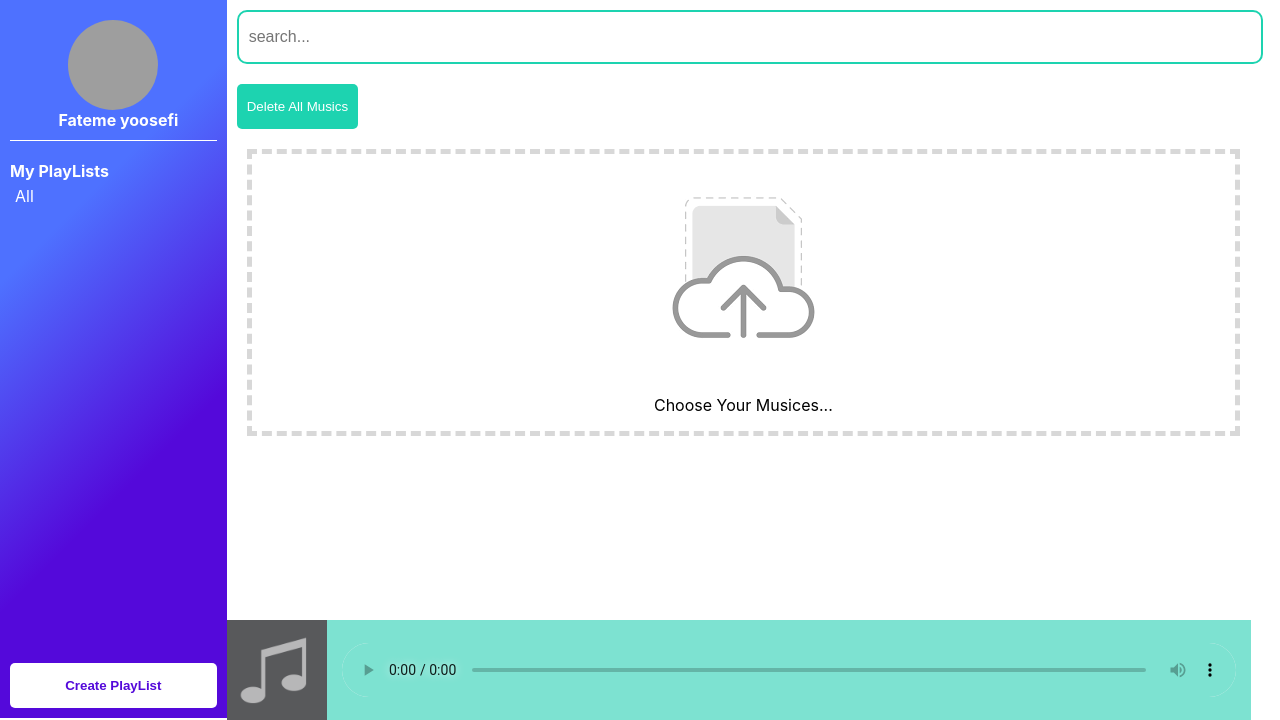
Repository: fateme81yosefi/musicPlayer
Page: /
These files come from the project's save history. The page is drawn as it stood at one moment and after a run of saves; the edit follows.
The browser window is 1280 px wide. The pictures show the whole page.
Pictures or frames that could not be fetched are drawn as grey boxes. The project was rebuilt for these pictures with package versions that can differ from the ones it lists, and the page was loaded fresh each time.

Above is the page before, as saved 2025-06-28 13:51:07.

### src/App.js
import React from 'react';
import FileUploader from './Data/FileUploader/FileUploader';
import MainPage from './Components/MainPage/MainPage';


const App = () => {



  return (
    <div>
      <MainPage />
    </div>
  );
}

export default App;

### src/Data/FileUploader/FileUploader.js
import React, { useState, useEffect } from 'react';
import { useDropzone } from 'react-dropzone';
import { openDB } from 'idb';
import "./FileUploader.css";

const DB_NAME = 'AudioFilesDB';
const DB_VERSION = 1;
const STORE_NAME = 'audioFiles';

const initDB = async () => {
    const db = await openDB(DB_NAME, DB_VERSION, {
        upgrade(db) {
            if (!db.objectStoreNames.contains(STORE_NAME)) {
                const store = db.createObjectStore(STORE_NAME, { keyPath: 'name' });
                store.createIndex('category', 'category');
                store.createIndex('isFav', 'isFav');
            }
        }
    });
    return db;
};

const getStoredFiles = async (db) => {
    const tx = db.transaction(STORE_NAME, 'readonly');
    const store = tx.objectStore(STORE_NAME);
    return await store.getAll();
};

const storeFile = async (db, file) => {
    const tx = db.transaction(STORE_NAME, 'readwrite');
    const store = tx.objectStore(STORE_NAME);
    await store.put(file);
    await tx.done;
};


const FileUploader = ({ handlePlay, query, selectedCategory }) => {
    const [audioFiles, setAudioFiles] = useState([]);
    const [categories, setCategories] = useState([]);
    const [currentCategory, setCurrentCategory] = useState('All');


    const deleteAllFiles = async () => {
        const db = await initDB();
        const tx = db.transaction(STORE_NAME, 'readwrite');
        const store = tx.objectStore(STORE_NAME);
        await store.clear();
        await tx.done;
        window.location.reload()
    };

    useEffect(() => {
        const storedCategories = JSON.parse(localStorage.getItem('categories'));
        if (storedCategories) {
            setCategories(storedCategories);
        }
    }, []);


    useEffect(() => {
        setCurrentCategory(selectedCategory)
    }, [selectedCategory])


    useEffect(() => {
        if (query !== "") {
            setAudioFiles(audioFiles.filter((item) => item.name.toLowerCase().includes(query.toLowerCase())));
        } else {
            const fetchStoredFiles = async () => {
                const db = await initDB();
                const storedFiles = await getStoredFiles(db);
                setAudioFiles(storedFiles.map(file => ({
                    ...file,
                    data: URL.createObjectURL(new Blob([file.data], { type: file.type }))
                })));
            };

            fetchStoredFiles();
        }
    }, [query]);

    useEffect(() => {
        const fetchStoredFiles = async () => {
            const db = await initDB();
            const storedFiles = await getStoredFiles(db);
            setAudioFiles(storedFiles.map(file => ({
                ...file,
                data: URL.createObjectURL(new Blob([file.data], { type: file.type }))
            })));
        };

        fetchStoredFiles();
    }, []);

    const onDrop = async (acceptedFiles) => {
        const mp3Files = acceptedFiles.filter((file) => file.name.endsWith('.mp3'));

        const db = await initDB();

        for (const file of mp3Files) {
            const fileData = await file.arrayBuffer();
            await storeFile(db, { name: file.name, type: file.type, data: fileData, category: '' });
        }

        const storedFiles = await getStoredFiles(db);
        setAudioFiles(storedFiles.map(file => ({
            ...file,
            data: URL.createObjectURL(new Blob([file.data], { type: file.type }))
        })));
    };

    const handleCategoryChange = async (file, category) => {
        const updatedFile = { ...file, category };

        const db = await initDB();
        await storeFile(db, updatedFile);

        const storedFiles = await getStoredFiles(db);
        setAudioFiles(storedFiles.map(f => ({
            ...f,
            data: URL.createObjectURL(new Blob([f.data], { type: f.type }))
        })));
    };

    const { getRootProps, getInputProps } = useDropzone({ onDrop });

    return (
        <div className='containSingle'>

            <button className='deleteAll' onClick={deleteAllFiles}>Delete All Musics</button>
            {audioFiles
                .filter(file => currentCategory === "All" || file.category === currentCategory)
                .map((file, index) => (
                    <div className='singleSelectedAudio' key={index}>
                        <div className='row'>
                            <div className='containDetails'>
                                <img className='cover' alt="cover" src='/song_cover.png' />
                                <span className='name'>{file.name}</span>
                            </div>
                            <div className='row'>
                                <select
                                    value={file.category}
                                    onChange={(e) => handleCategoryChange(file, e.target.value)}
                                >
                                    <option value="">Select Category</option>
                                    {categories.map((category, index) => (
                                        <option key={index} value={category}>{category}</option>
                                    ))}
                                </select>
                                <button className='btnPlay' onClick={() => handlePlay(file)}>
                                    <img className='play' alt='icon' src='/play-button.svg' />
                                </button>
                            </div>
                        </div>
                        <audio className='selectedAudio' src={file.data} key={index} controls />
                    </div>
                ))}


            <div {...getRootProps()}>
                <input {...getInputProps()} />
                <div className='chooseFile'>
                    <img alt='drag file' src='/images.png' />
                    <p> Choose Your Musices...</p>
                </div>
            </div>
        </div>
    );
};

export default FileUploader;

### src/Components/MainPage/MainPage.js
import React, { useState, useEffect } from 'react';
import Modal from 'react-modal';
import FileUploader from "../../Data/FileUploader/FileUploader";
import "./MainPage.css";

const MainPage = () => {
    const [category, setCategory] = useState('');
    const [categories, setCategories] = useState([]);
    const [currentMusic, setCurrentMusic] = useState({});
    const [showModal, setShowModal] = useState(false);
    const [searchQuery, setSearchQuery] = useState('');
    const [selectedCategory, setSelectedCategory] = useState('');


    useEffect(() => {
        const storedCategories = JSON.parse(localStorage.getItem('categories'));
        if (storedCategories) {
            setCategories(storedCategories);
        }
    }, []);

    const handleAddCategory = () => {
        if (category) {
            const updatedCategories = [...categories, category];
            setCategories(updatedCategories);
            setCategory('');
            localStorage.setItem('categories', JSON.stringify(updatedCategories));
            setShowModal(false)
        }
    };

    const handlePlay = (file) => {
        setCurrentMusic(file);
    };


    return (
        <div className="container">
            <Modal
                isOpen={showModal}
                contentLabel="Create Playlist"
                className="modalCategory"
            >
                <h2>Create Playlist</h2>
                <input
                    type="text"
                    value={category}
                    placeholder='Enter Your Playlist Name'
                    onChange={(e) => setCategory(e.target.value)}
                />
                <button onClick={handleAddCategory}>Confirm</button>
            </Modal>

            <div className="leftMenue">
                <div className="top">
                    <div className="imageProfile">
                        <img src="https://encrypted-tbn0.gstatic.com/images?q=tbn:ANd9GcRXJA32WU4rBpx7maglqeEtt3ot1tPIRWptxA&s" alt="Profile" />
                        <div className="name">Fateme yoosefi</div>
                    </div>
                    <div className="categories">
                        <div className='playlist'>My PlayLists</div>
                        <div className='category' onClick={() => { setSelectedCategory('') }}>All</div>
                        {
                            categories.map((item, index) => <div key={index} className='category' onClick={() => { setSelectedCategory(item) }}>{item}</div>)
                        }
                    </div>
                </div>
                <button className='create' onClick={() => setShowModal(true)}>Create PlayList</button>
            </div>
            <div className="rightPage">
                <input className='inputSearch' placeholder="search..." onChange={(e) => setSearchQuery(e.target.value)}
                />
                <FileUploader handlePlay={handlePlay} query={searchQuery} selectedCategory={selectedCategory} />
                <div className="currentlyPlay">
                    <img src="/song_cover.png" alt="کاور آهنگ" />
                    <div className="containName">
                        <span className="musicName">{currentMusic.name}</span>
                        <audio id="player" src={currentMusic.data} controls ></audio>
                    </div>
                </div>
                <div>
                </div>
            </div>
        </div>
    )
};

export default MainPage;

### src/Data/FileUploader/FileUploader.css
.chooseFile{
    border: 5px dashed rgb(216, 216, 216);
    display: flex;
    flex-direction: column;
    align-items: center;
    justify-content: space-around;
    margin: 10px;
    margin-bottom: 100px;
}
.selectedAudio::-webkit-media-controls-panel{
    background-color: rgb(211, 211, 211);
    border: none;
}
.selectedAudio{
    border-radius: 0;
    background-color:  rgb(211, 211, 211);
    padding: 20px;
    width: 100% !important;
    display: none;
}
.singleSelectedAudio{
    background-color:  rgb(255, 255, 255);
    border-bottom: 1px solid rgb(238, 238, 238);
}
.row{
    display: flex;
    flex-direction: row;
    justify-content: space-between;
}

.cover{
   width: 40px;
   height: 40px;
}
.containDetails{
    display: flex;
    flex-direction: row;
    align-items: center;
    justify-content: center;
}

.containSingle{
    padding: 10px;
}
.name{
    margin-left: 10px;
}
.play{
    width: 30px;
    height:30px;
}
.btnPlay{
    background-color: transparent;
    border: none;
}

.deleteAll{
    background-color: #1dd3b0;
    margin-bottom: 10px;
    padding: 15px 10px;
    border-radius: 5px;
    border: none;
    color: #ffff;

}
select{
    background-color: #1dd3b0;
    padding: 10px;
    border: none;
    color: white;
}

### src/Components/MainPage/MainPage.css
.container {
  display: flex;
  flex-direction: row;
  background-color: #ffffff;
}
.leftMenue {
  background: linear-gradient(
    135deg,
    #4E71FF 0%,
    #4E71FF 30%,
    #5409DA 65%,
    #5409DA 100%
  );
  width: 20%;
  height: 97vh;
  display: flex;
  flex-direction: column;
  justify-content: space-between;
  padding: 10px;
}
.imageProfile {
  display: flex;
  flex-direction: column;
  align-items: center;
  border-bottom: 1px solid white;
  padding: 10px;
  color: #ffffff;
  font-weight: bold;
  justify-content: space-between;
}

.imageProfile img {
  border-radius: 100%;
  width: 90px;
  height: 90px;
}
.playlist {
  font-size: medium;
  color: #ffffff;
  font-weight: bold;
  margin-top: 20px;
}
.rightPage {
  width: 100%;
  height: 100vh;
  position: relative;
  padding: 0 20px 0 0;
  padding-left: 0;
}
.rightPage input {
  width: 97%;
  height: 40px;
  font-size: medium;
}
.currentlyPlay {
  display: flex;
  flex-direction: row;
  align-items: center;
  background-color: #7de2d1;
  height: 100px;
  bottom: 0;
  position: fixed;
  width: 80%;
}
.currentlyPlay img {
  width: 100px;
  height: 100px;
}
.containName {
  width: 100%;
  padding: 15px;
}
.musicName {
  font-weight: bold;
}
audio {
  width: 100%;
  display: flex;
  flex-direction: column;
  border: none;
}

audio::-webkit-media-controls-panel {
  background-color: #7de2d1;
  border: none;
}
.rightPage {
  overflow: scroll;
}
.modalCategory {
  position: fixed;
  background-color: #7de2d1;
  top: 50%;
  left: 50%;
  transform: translate(-50%, -50%);
  width: 30%;
  display: flex;
  flex-direction: column;
  align-items: center;
  justify-content: center;
  color: white;
}
.modalCategory input {
  padding: 10px;
  margin-bottom: 10px;
  width: 80%;
}
.modalCategory button {
  background-color: #1dd3b0;
  margin-bottom: 10px;
  padding: 15px 10px;
  border-radius: 5px;
  border: none;
  color: #ffff;
}

.category {
  font-size: medium;
  color: #ffffff;
  margin-left: 5px;
  margin: 5px;
}

.inputSearch {
  margin: 10px;
  border: 2px solid #1dd3b0;
  padding: 5px 10px;
  border-radius: 10px;
}

.create {
  padding: 15px 4px;
  border-radius: 5px;
  background-color: #ffffff;
  border: none;
  color: #5409DA;
  font-weight: bold;
}
h3,
h4 {
  color: white;
}

Loaded but not shown: public/index.html (common file); src/index.js (common file); src/index.css (common file); src/reportWebVitals.js (common file)

After the next 3 saves:
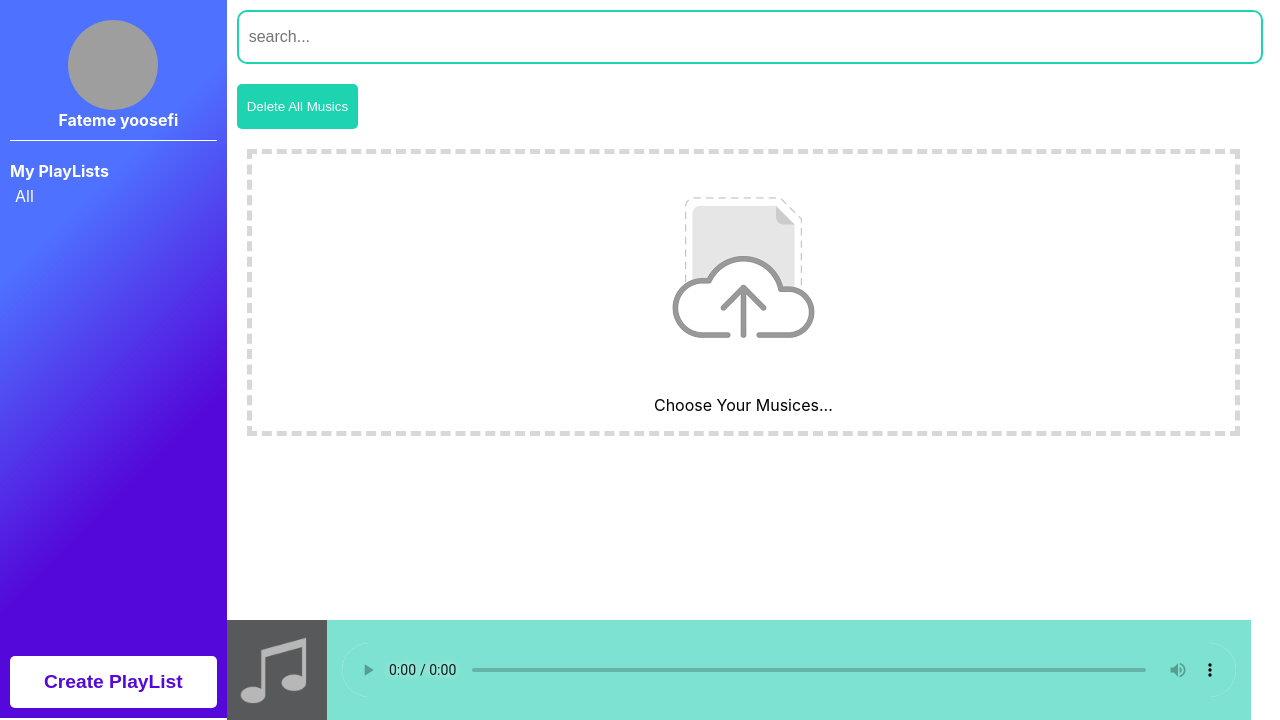
The 3 saves are shown as one change because they came seconds apart.
The last was saved 10 s later.
--- a/src/Components/MainPage/MainPage.css
+++ b/src/Components/MainPage/MainPage.css
@@ -135,6 +135,7 @@ audio::-webkit-media-controls-panel {
   border: none;
   color: #5409DA;
   font-weight: bold;
+  font-size: larger;
 }
 h3,
 h4 {
